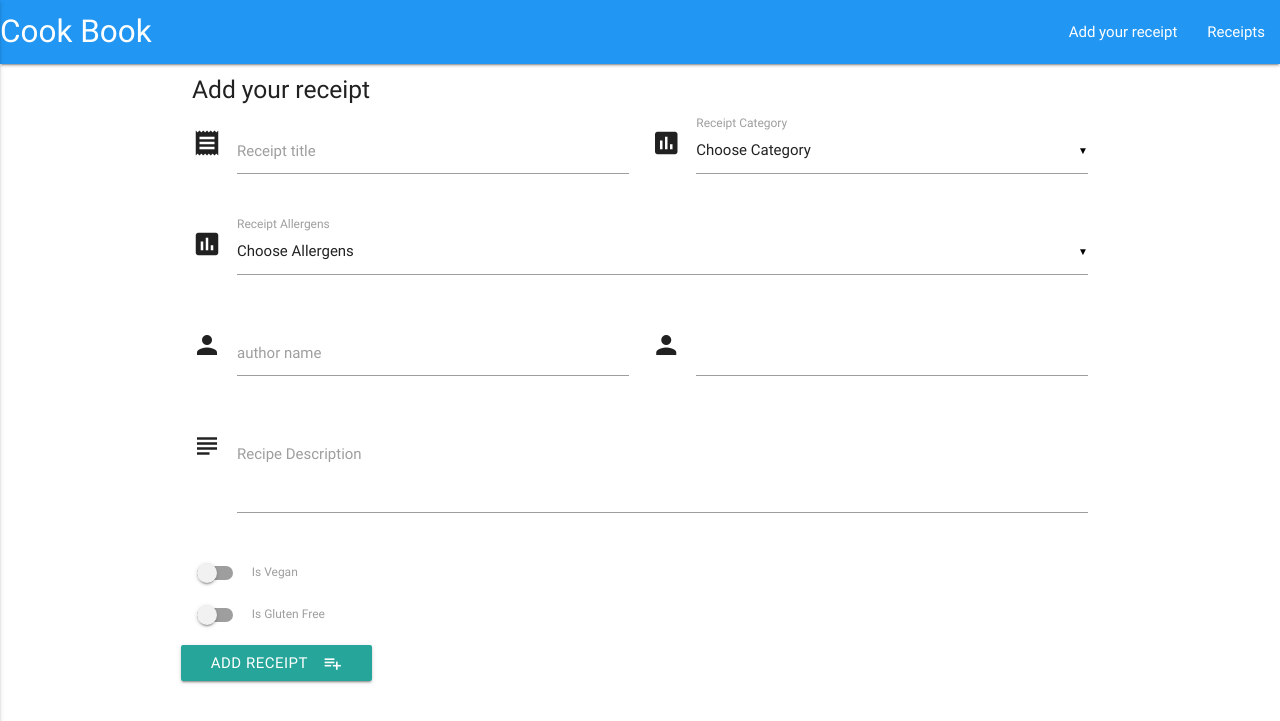
Repository: bbarbara19/cookbook
Page: http://localhost/add_receipt
The author's editor kept a record of every edit. The page is drawn from the files as they stood at one moment, then again after the next edit.
The browser window is 1280 px wide. The pictures show the whole page.
Some web libraries are served in a nearby version. The page is served by the project's application, run on Flask 3 (app.py). Queries for data that is not in the repository find no rows.

Above is the page before.

### templates/add_receipt.html
<!DOCTYPE html>
<html lang="en">
<head>
    <meta charset="UTF-8">
    <meta name="viewport" content="width=device-width, initial-scale=1.0">
    <meta http-equiv="X-UA-Compatible" content="ie=edge">
    <title>Cookbook</title>
    <!--Import Google Icon Font-->
    <link href="https://fonts.googleapis.com/icon?family=Material+Icons" rel="stylesheet">
    <!--Import materialize.css-->
    <link rel="stylesheet" href="https://cdnjs.cloudflare.com/ajax/libs/materialize/0.100.2/css/materialize.min.css">
    <!--Import Font Awesome -->
    <link rel="stylesheet" href="https://cdnjs.cloudflare.com/ajax/libs/font-awesome/4.7.0/css/font-awesome.min.css">
</head>
<body>
<!------header-------->
  <header class="navbar-fixed">
      <nav class="blue">
        <div class="nav-wrapper">
          <a href="#" class="brand-logo">Cook Book</a>
          <a href="#" data-activates="mobile-demo" class="button-collapse"><i class="material-icons">menu</i></a>
            <ul class="right hide-on-med-and-down">
              <li><a href="#">Add your receipt</a></li>
              <li><a href="#">Receipts</a></li>
            </ul>
            <ul class="side-nav" id="mobile-demo">
              <li><a href="#">Add your receipt</a></li>
              <li><a href="#">Receipts</a></li>
            </ul>
        </div>
      </nav>
  </header>
<!------/header-------->

<!------form add your receipt-------->
<section class="container">
    <h5>Add your receipt</h5>
    <div class="row">
        <form action="{{ url_for('insert_receipt') }}" method="POST"  class="col s12">
            <div class="row">
                    <div class="input-field col s6">
                        <i class="material-icons prefix">receipt</i>
                        <input id="receipt_name" name="receipt_name" type="text">
                        <label for="icon_prefix">Receipt title</label>
                    </div>
                    <div class="input-field col s6">
                        <i class="material-icons prefix">poll</i>
                        <select id="category_name" name="category_name">
                        <option value="" disabled selected>Choose Category</option>
                        {% for category in categories %}
                          <option value="{{category.category_name}}">{{category.category_name}}</option>
                        {% endfor %}
                        </select>
                        <label>Receipt Category</label>
                    </div>
            </div>
            <div class="row">
                    <div class="input-field col s12">
                        <i class="material-icons prefix">poll</i>
                        <select id="allergen" name="allergen">
                        <option value="" disabled selected>Choose Allergens</option>
                        {% for allergen in allergens %}
                          <option value="{{allergen.allergen_name}}">{{allergen.allergen_name}}</option>
                        {% endfor %}
                        </select>
                        <label>Receipt Allergens</label>
                    </div>
            </div>
            <div class="row">
                    <div class="input-field col s6">
                        <i class="material-icons prefix">person</i>
                        <input id="author" name="author" type="text">
                        <label for="icon_prefix">author name</label>
                    </div>
                    <div class="input-field col s6">
                        <i class="material-icons prefix">person</i>
                        <input id="country" name="country" type="text">
                        <label for="icon_prefix"></label>
                    </div>
            </div>
             <div class="row">
                <div class="input-field col s12">
                    <i class="material-icons prefix">subject</i>
                    <textarea name="description" id="description" class="materialize-textarea"></textarea>
                    <label for="icon_telephone">Recipe Description</label>
                </div>
            </div>
            <div class="row">
                <div class="switch">
                    <label>
                      <input id="is_vegan" name="is_vegan" type="checkbox">
                      <span class="lever"></span>
                      Is Vegan
                    </label>
                </div>
            </div>
             <div class="row">
                <div class="switch">
                    <label>
                      <input id="is_glutenfree" name="is_glutenfree" type="checkbox">
                      <span class="lever"></span>
                      Is Gluten Free
                    </label>
                </div>
            </div>
            <div class="row">
                <button class="btn waves-effect waves-light" type="submit" name="action">Add Receipt
                    <i class="material-icons right">playlist_add</i>
                 </button>
            </div>
        </form>
    </div>
</section>
<!------form add your receipt-------->
<!--Import jQuery-->
  <script src="https://cdnjs.cloudflare.com/ajax/libs/jquery/3.2.1/jquery.min.js"></script>

<!-- Compiled and minified JavaScript -->
<script src="https://cdnjs.cloudflare.com/ajax/libs/materialize/0.100.2/js/materialize.min.js"></script>

<!-- Materialize component initialization -->
<script type="text/javascript">
    $(document).ready(function(){
      $('.collapsible').collapsible();
      $(".dropdown-button").dropdown();
      $(".button-collapse").sideNav();
      $('.carousel.carousel-slider').carousel({fullWidth: true});
      $('.slider').slider();
      $('select').material_select();
      $('.datepicker').pickadate({
            selectMonths: true, // Creates a dropdown to control month
            selectYears: 15, // Creates a dropdown of 15 years to control year,
            today: 'Today',
            clear: 'Clear',
            close: 'Ok',
            closeOnSelect: false // Close upon selecting a date,
        });

    });
</script>

</body>
</html>

### app.py
import os
from flask import Flask, render_template, redirect, request, url_for
from flask_pymongo import PyMongo
from bson.objectid import ObjectId

app = Flask(__name__)
app.config["MONGO_DBNAME"] = 'receipt_book'
app.config["MONGO_URI"] = 'mongodb+srv://mongouser:bbmongo20@myfirstcluster-km3xj.mongodb.net/receipt_book?retryWrites=true&w=majority'
mongo = PyMongo(app)


@app.route('/')
@app.route('/get_receipts')
def get_receipts():
    return render_template("receipts.html", receipts=mongo.db.receipts.find())

@app.route('/add_receipt')
def add_receipt():
    return render_template('add_receipt.html',
                           categories=mongo.db.categories.find(),
                           allergens=mongo.db.allergens.find())

@app.route('/insert_receipt', methods=['POST'])
def insert_receipt():
    receipts = mongo.db.receipts
    receipts.insert_one(request.form.to_dict())
    return redirect(url_for('get_receipts'))

if __name__ == '__main__':
    app.run(host=os.environ.get('IP'),
            port=int(os.environ.get('PORT')),
            debug=True)

After the next edit:
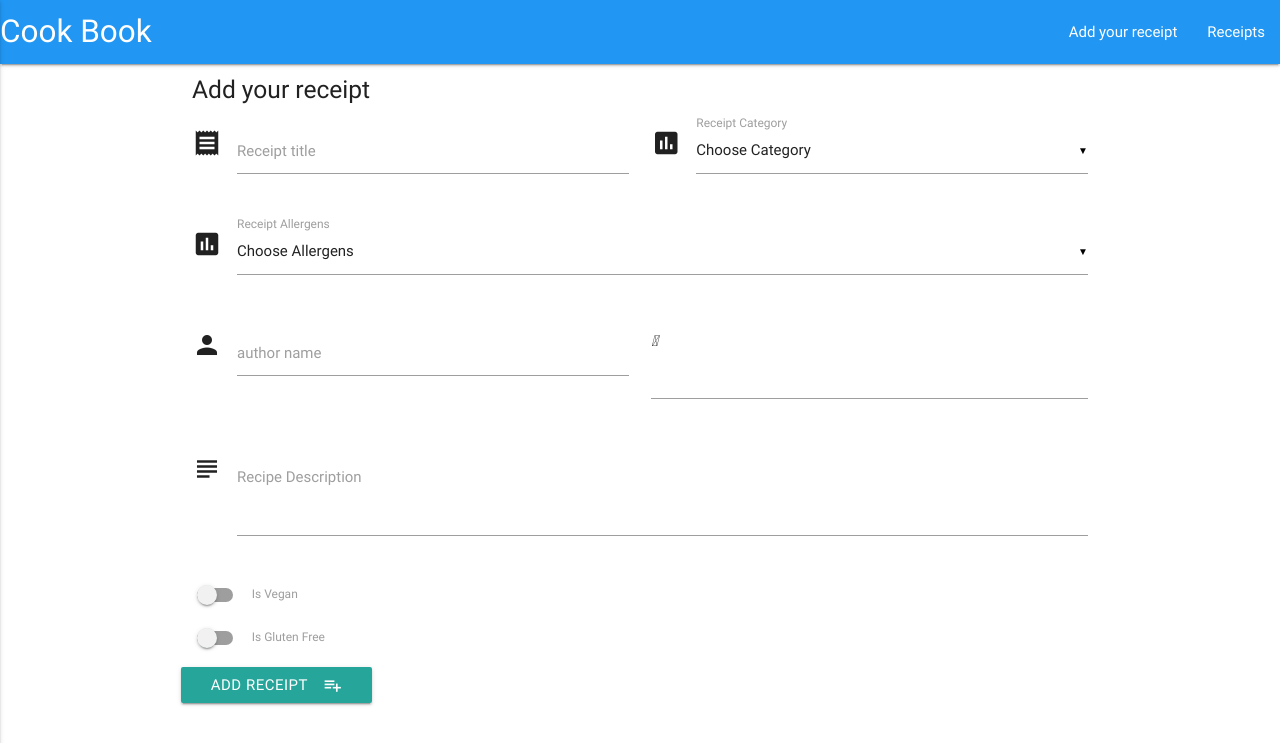
The edit:
--- a/templates/add_receipt.html
+++ b/templates/add_receipt.html
@@ -73,7 +73,7 @@
                         <label for="icon_prefix">author name</label>
                     </div>
                     <div class="input-field col s6">
-                        <i class="material-icons prefix">person</i>
+                         <i class="fas fa-globe"></i>
                         <input id="country" name="country" type="text">
                         <label for="icon_prefix"></label>
                     </div>
